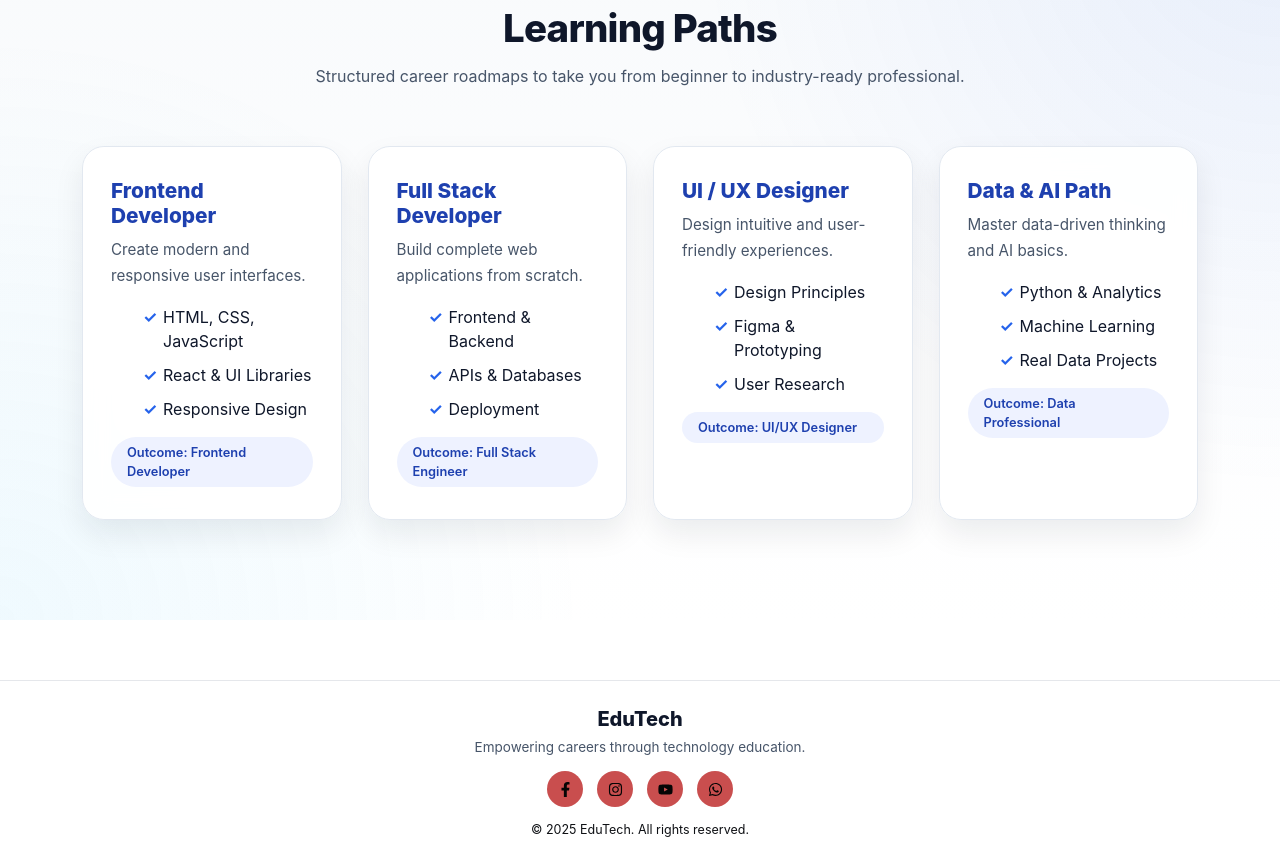
Repository: Aswin74k/project-2
Page: /
These files come from the project's save history. The page is drawn as it stood at one moment and after the next save; the edit follows.
The browser window is 1280 px wide. The pictures show the part of the page from y = 2139 to 3091 px (the page is 2997 px tall before and 3091 px after).
The project was rebuilt for these pictures with package versions that can differ from the ones it lists, and the page was loaded fresh each time. Also part of the build but not shown: vite.config.js, src/project/course.css, src/project/Course.jsx, src/project/About.css, src/project/About.jsx, src/project/Enroll.css, src/project/Enroll.jsx, src/project/contact.css and 2 more.

Above is the page before, as saved 2025-12-25 19:47:46.

After the next save:
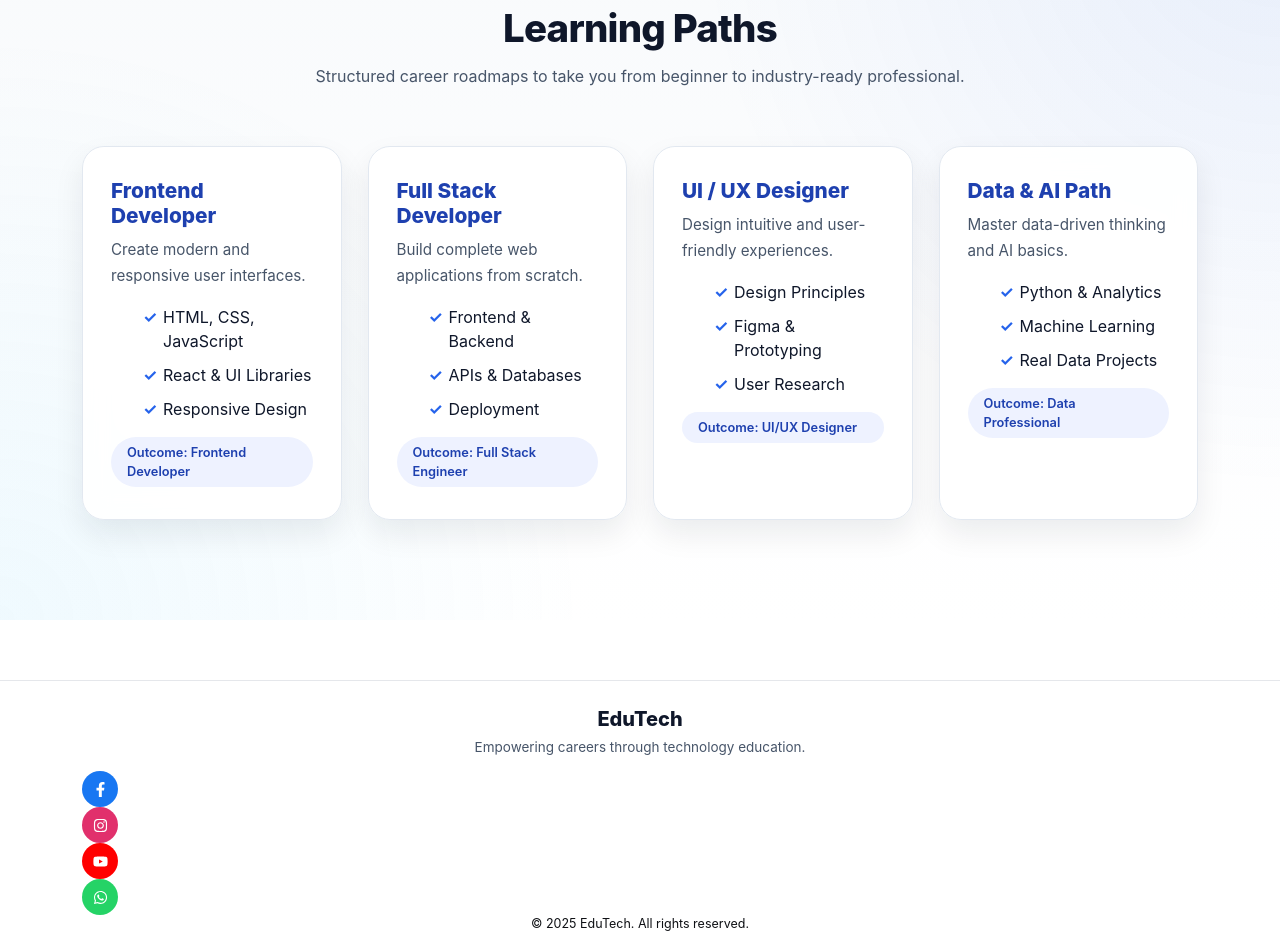
Saved 87 s later.
--- a/src/project/Home.css
+++ b/src/project/Home.css
@@ -305,26 +305,22 @@
   margin-bottom: 14px;
 }
 
-.footer-social {
-  display: flex;
-  justify-content: center;
-  gap: 14px;
-  margin-bottom: 14px;
-}
-
-/* KEEP ICON COLORS SAME */
 .footer-social a {
-  background-color: rgb(201, 78, 78);
   width: 36px;
   height: 36px;
   border-radius: 50%;
   display: flex;
   align-items: center;
   justify-content: center;
-  color: #060505;
+  color: #ffffff;
   font-size: 15px;
-  transition: transform 0.25s ease;
-}
+  transition: all 0.3s ease;
+}
+
+.footer-social .fb { background: #1877f2; }
+.footer-social .ig { background: #e1306c; }
+.footer-social .yt { background: #ff0000; }
+.footer-social .wa { background: #25d366; }
 
 .footer-social a:hover {
   transform: translateY(-2px);
